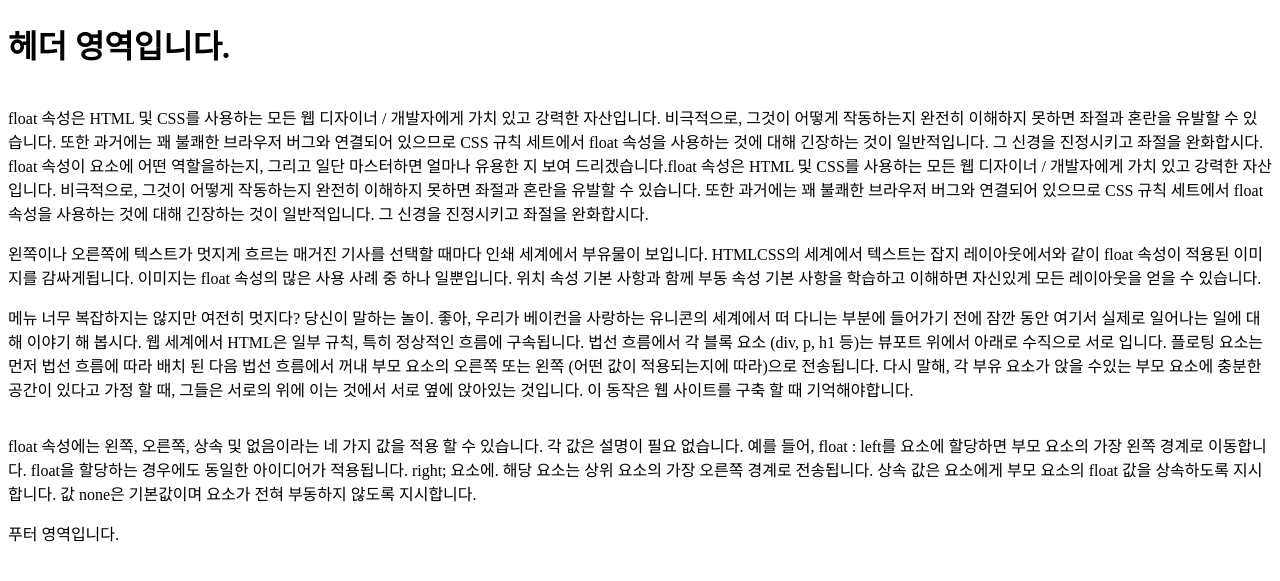
Repository: insunkang/JSP
Page: clientweb/WebContent/css/layout_exam01.html
An editor plug-in stored every save of this project. The page is shown before and after the next save, followed by the edit.
The browser window is 1280 px wide. The pictures show the whole page.

Above is the page before, as saved 2020-01-06 02:28:38.

### clientweb/WebContent/css/layout_exam01.html
<!DOCTYPE html>
<html>
<head>
	<title>New Document</title>
	<style type="text/css">
		#outer{
		float: left;
		}
		#right{
		float: right;
		}
	</style>

</head>
<body>
	<div>
		<h1>헤더 영역입니다.</h1>
	</div>

	<div id="outer">
			<p>float 속성은 HTML 및 CSS를 사용하는 모든 웹 디자이너 / 개발자에게 가치 있고 강력한 자산입니다.
				비극적으로, 그것이 어떻게 작동하는지 완전히 이해하지 못하면 좌절과 혼란을 유발할 수 있습니다. 또한 과거에는 꽤 불쾌한
				브라우저 버그와 연결되어 있으므로 CSS 규칙 세트에서 float 속성을 사용하는 것에 대해 긴장하는 것이 일반적입니다. 그
				신경을 진정시키고 좌절을 완화합시다. float 속성이 요소에 어떤 역할을하는지, 그리고 일단 마스터하면 얼마나 유용한 지
				보여 드리겠습니다.float 속성은 HTML 및 CSS를 사용하는 모든 웹 디자이너 / 개발자에게 가치 있고 강력한 자산입니다.
				비극적으로, 그것이 어떻게 작동하는지 완전히 이해하지 못하면 좌절과 혼란을 유발할 수 있습니다. 또한 과거에는 꽤 불쾌한
				브라우저 버그와 연결되어 있으므로 CSS 규칙 세트에서 float 속성을 사용하는 것에 대해 긴장하는 것이 일반적입니다. 그
				신경을 진정시키고 좌절을 완화합시다. </p>

			<p>왼쪽이나 오른쪽에 텍스트가 멋지게 흐르는 매거진 기사를 선택할 때마다 인쇄 세계에서 부유물이 보입니다.
				HTMLCSS의 세계에서 텍스트는 잡지 레이아웃에서와 같이 float 속성이 적용된 이미지를 감싸게됩니다. 이미지는 float
				속성의 많은 사용 사례 중 하나 일뿐입니다. 위치 속성 기본 사항과 함께 부동 속성 기본 사항을 학습하고 이해하면 자신있게
				모든 레이아웃을 얻을 수 있습니다.</p>

			<p>메뉴 너무 복잡하지는 않지만 여전히 멋지다? 당신이 말하는 놀이. 좋아, 우리가 베이컨을 사랑하는 유니콘의 세계에서
				떠 다니는 부분에 들어가기 전에 잠깐 동안 여기서 실제로 일어나는 일에 대해 이야기 해 봅시다. 웹 세계에서 HTML은 일부
				규칙, 특히 정상적인 흐름에 구속됩니다. 법선 흐름에서 각 블록 요소 (div, p, h1 등)는 뷰포트 위에서 아래로
				수직으로 서로 입니다. 플로팅 요소는 먼저 법선 흐름에 따라 배치 된 다음 법선 흐름에서 꺼내 부모 요소의 오른쪽 또는 왼쪽
				(어떤 값이 적용되는지에 따라)으로 전송됩니다. 다시 말해, 각 부유 요소가 앉을 수있는 부모 요소에 충분한 공간이 있다고
				가정 할 때, 그들은 서로의 위에 이는 것에서 서로 옆에 앉아있는 것입니다. 이 동작은 웹 사이트를 구축 할 때
				기억해야합니다.</p>
	</div>
	<div id="right">
		<p>float 속성에는 왼쪽, 오른쪽, 상속 및 없음이라는 네 가지 값을 적용 할 수 있습니다. 각 값은 설명이 필요
				없습니다. 예를 들어, float : left를 요소에 할당하면 부모 요소의 가장 왼쪽 경계로 이동합니다. float을
				할당하는 경우에도 동일한 아이디어가 적용됩니다. right; 요소에. 해당 요소는 상위 요소의 가장 오른쪽 경계로 전송됩니다.
				상속 값은 요소에게 부모 요소의 float 값을 상속하도록 지시합니다. 값 none은 기본값이며 요소가 전혀 부동하지 않도록
				지시합니다.</p>
	</div>
	<div>
		<p>푸터 영역입니다.</p>
	</div>
</body>
</html>

After the next save:
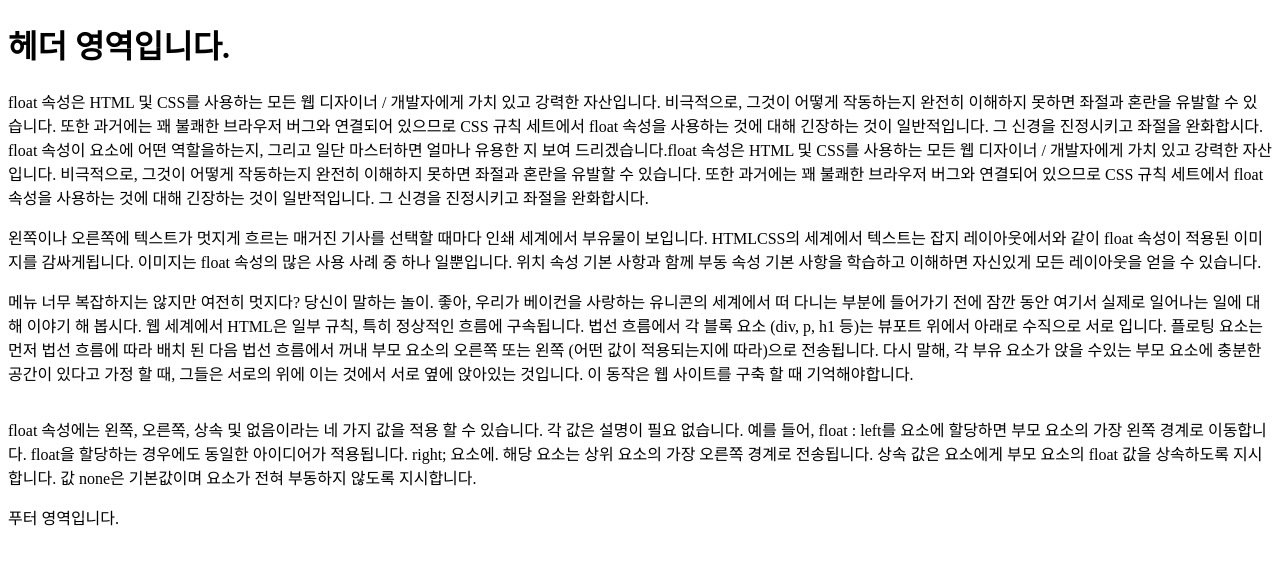
Saved 46 s later.
--- a/clientweb/WebContent/css/layout_exam01.html
+++ b/clientweb/WebContent/css/layout_exam01.html
@@ -17,7 +17,7 @@
 		<h1>헤더 영역입니다.</h1>
 	</div>
 
-	<div id="outer">
+	<p id="outer">
 			<p>float 속성은 HTML 및 CSS를 사용하는 모든 웹 디자이너 / 개발자에게 가치 있고 강력한 자산입니다.
 				비극적으로, 그것이 어떻게 작동하는지 완전히 이해하지 못하면 좌절과 혼란을 유발할 수 있습니다. 또한 과거에는 꽤 불쾌한
 				브라우저 버그와 연결되어 있으므로 CSS 규칙 세트에서 float 속성을 사용하는 것에 대해 긴장하는 것이 일반적입니다. 그
@@ -39,7 +39,7 @@
 				(어떤 값이 적용되는지에 따라)으로 전송됩니다. 다시 말해, 각 부유 요소가 앉을 수있는 부모 요소에 충분한 공간이 있다고
 				가정 할 때, 그들은 서로의 위에 이는 것에서 서로 옆에 앉아있는 것입니다. 이 동작은 웹 사이트를 구축 할 때
 				기억해야합니다.</p>
-	</div>
+	</p>
 	<div id="right">
 		<p>float 속성에는 왼쪽, 오른쪽, 상속 및 없음이라는 네 가지 값을 적용 할 수 있습니다. 각 값은 설명이 필요
 				없습니다. 예를 들어, float : left를 요소에 할당하면 부모 요소의 가장 왼쪽 경계로 이동합니다. float을

After the save that followed:
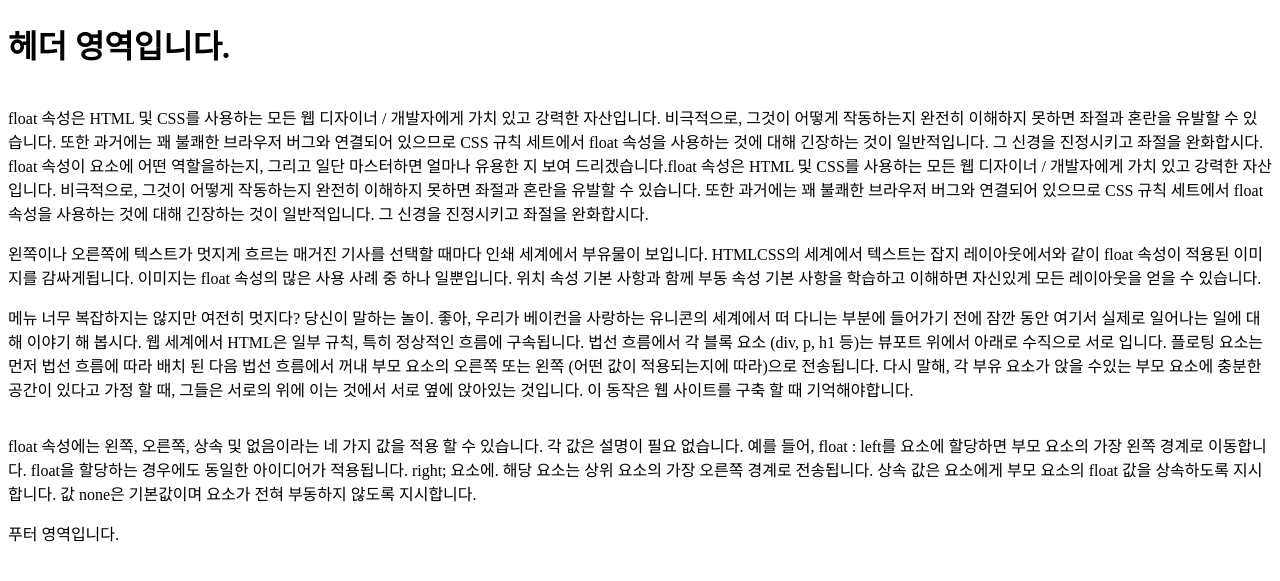
Saved 33 s later.
--- a/clientweb/WebContent/css/layout_exam01.html
+++ b/clientweb/WebContent/css/layout_exam01.html
@@ -17,7 +17,7 @@
 		<h1>헤더 영역입니다.</h1>
 	</div>
 
-	<p id="outer">
+	<div id="outer">
 			<p>float 속성은 HTML 및 CSS를 사용하는 모든 웹 디자이너 / 개발자에게 가치 있고 강력한 자산입니다.
 				비극적으로, 그것이 어떻게 작동하는지 완전히 이해하지 못하면 좌절과 혼란을 유발할 수 있습니다. 또한 과거에는 꽤 불쾌한
 				브라우저 버그와 연결되어 있으므로 CSS 규칙 세트에서 float 속성을 사용하는 것에 대해 긴장하는 것이 일반적입니다. 그
@@ -39,7 +39,7 @@
 				(어떤 값이 적용되는지에 따라)으로 전송됩니다. 다시 말해, 각 부유 요소가 앉을 수있는 부모 요소에 충분한 공간이 있다고
 				가정 할 때, 그들은 서로의 위에 이는 것에서 서로 옆에 앉아있는 것입니다. 이 동작은 웹 사이트를 구축 할 때
 				기억해야합니다.</p>
-	</p>
+	</div>
 	<div id="right">
 		<p>float 속성에는 왼쪽, 오른쪽, 상속 및 없음이라는 네 가지 값을 적용 할 수 있습니다. 각 값은 설명이 필요
 				없습니다. 예를 들어, float : left를 요소에 할당하면 부모 요소의 가장 왼쪽 경계로 이동합니다. float을
